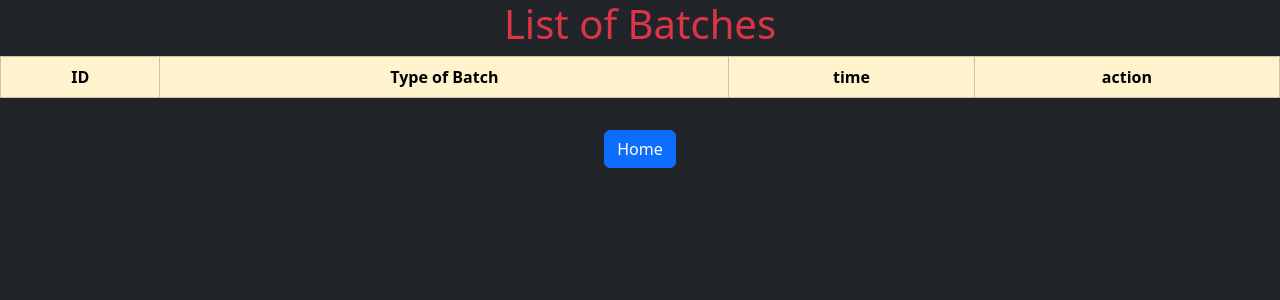
Repository: Jannis-Buschhaus/simplilearn-assessment-phase2
Page: http://localhost/FunfitWebapp/BatchController
These files come from the project's save history. The page is drawn as it stood at one moment and after the next save; the edit follows.
The browser window is 1280 px wide. The pictures show the whole page.
The page is served by Tomcat 9. Queries for data that is not in the repository find no rows.

Above is the page before, as saved 2024-05-30 14:36:02.

After the next save:
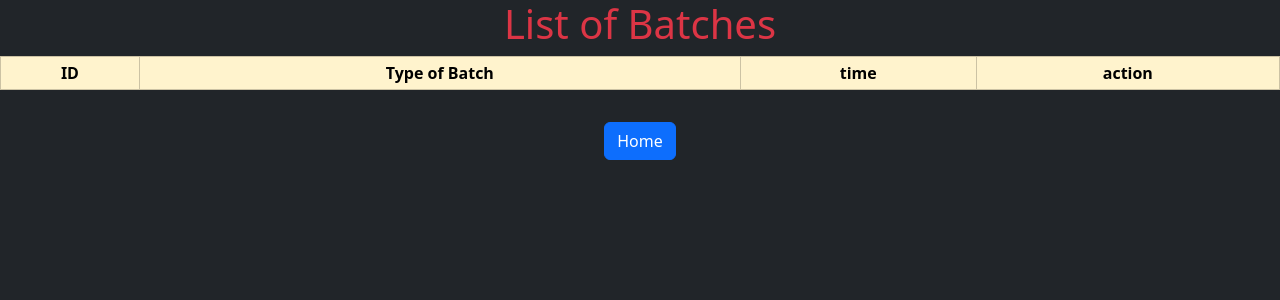
Saved 24 s later.
--- a/FunfitWebapp/src/main/webapp/viewBatch.jsp
+++ b/FunfitWebapp/src/main/webapp/viewBatch.jsp
@@ -35,7 +35,7 @@
 	</script>
 	<h1 class="text-danger text-center">List of Batches</h1>
 	<div class="text-center">
-		<table  class="table table-warning table-bordered table-hover">
+		<table  class="table table-warning table-bordered table-hover table-sm">
 			<tr>
 				<th>ID</th><th>Type of Batch</th><th>time</th><th>action</th>
 			</tr>
